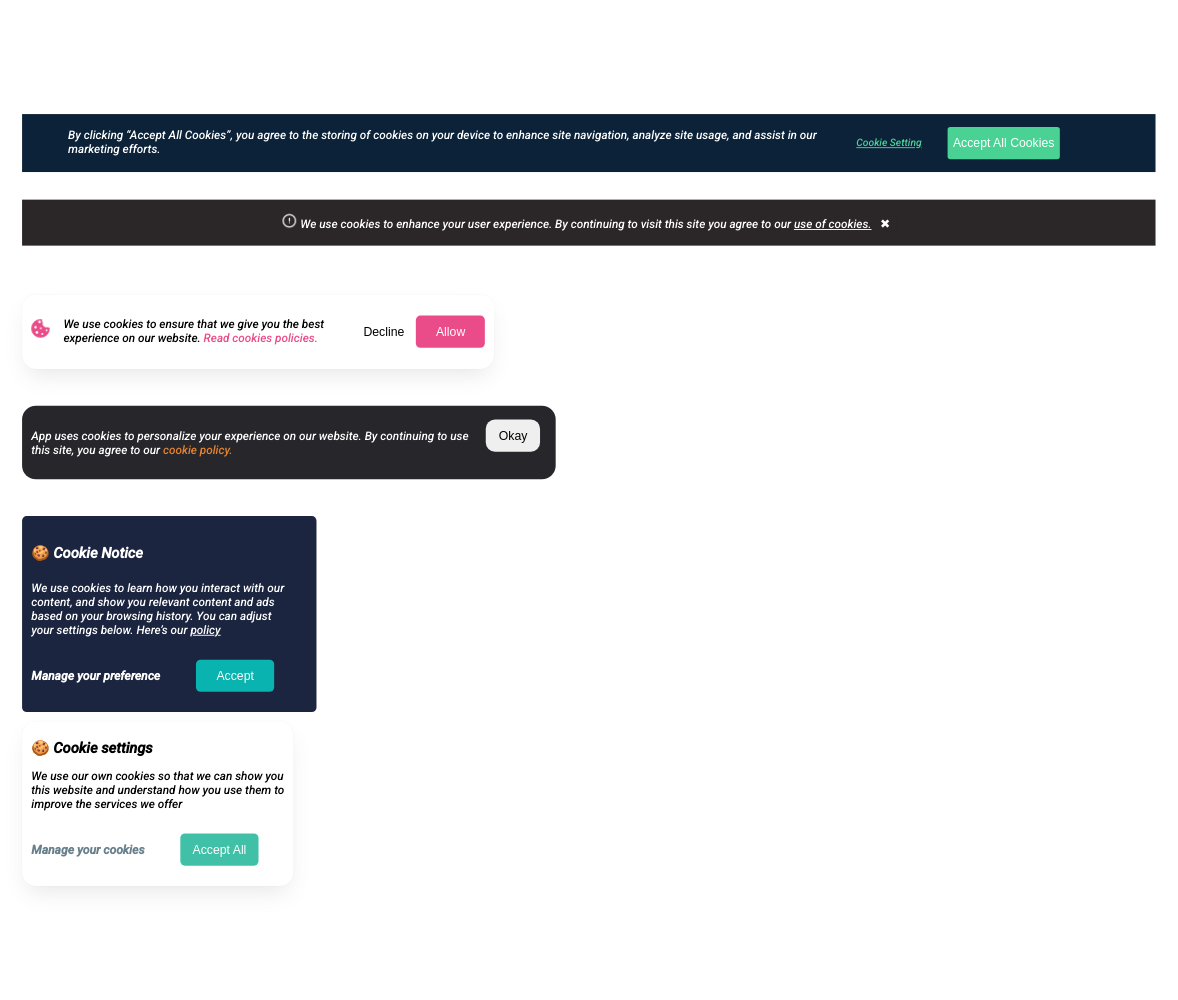
Repository: batonAnton/cursor_cookies_lectr3
Page: index.html
The author's editor kept a copy of each file at every save. The page is drawn from the files as they stood at one save, then again after the next save.
The browser window is 1280 px wide. The pictures show the whole page, at 92% of full size.

Above is the page before, as saved 2022-06-01 14:30:10.

### index.html
<!DOCTYPE html>
<html lang="en">
<head>
    <meta charset="UTF-8">
    <meta http-equiv="X-UA-Compatible" content="IE=edge">
    <meta name="viewport" content="width=device-width, initial-scale=1.0">
    <link rel="preconnect" href="https://fonts.googleapis.com">
    <link rel="preconnect" href="https://fonts.gstatic.com" crossorigin>
    <link href="https://fonts.googleapis.com/css2?family=Roboto:ital,wght@1,500&display=swap" rel="stylesheet">
    <link rel="stylesheet" href="/css/style.css">
    <title>Cookie Banner</title>
</head>
<body>
    <div class="container">
        <div class="banner_1">
            <p>By clicking “Accept All Cookies”, you agree to the storing of cookies on your device to enhance site navigation, analyze site usage, and assist in our <br> marketing efforts.</p>
            <a href="#">cookie setting</a>
            <button>accept all cookies</button>
        </div>

        <div class="banner_2">
            <p> <img src="/images/exclamation mark.png" alt="mark"> We use cookies to enhance your user experience. By continuing to visit this site you agree to our <span class="under_span">use of cookies.</span>
                <button><span>&#10006</span></button>
            </div></p>
        </div>

        <div class="banner_3">
            <img src="/images/pink_cookies.png" alt="img cookies">
            <p>We use cookies to ensure that we give you the best <br> experience on our website. <a href="#">Read cookies policies.</a> </p>
            <button class="false_btn">decline</button>
            <button class="true_btn">allow</button>
        </div>

        <div class="banner_4">
            <p>App uses cookies to personalize your experience on our website. By continuing to use <br> this site, you agree to our  <a href="#">cookie policy.</a></p>
            <button>okay</button>
        </div>

        <div class="banner_5">
            <h4>🍪 Cookie Notice</h4>
            <p>We use cookies to learn how you interact with our <br> content, and show you relevant content and ads <br> based on your browsing history. You can adjust <br> your settings below. Here’s our <a href="#">policy</a></p>
            <h5>Manage your preference </h5>
            <button>accept</button>
        </div>

        <div class="banner_6">
            <h4>🍪 Cookie settings</h4>
            <p>We use our own cookies so that we can show you <br> this website and understand how you use them to <br> improve the services we offer</p>
            <h5>Manage your cookies </h5>
            <button>accept all</button>
        </div>
    </div>
</body>
</html>

### css/style.css
body {
  margin: 124px 24px;
  font-family: "Roboto", sans-serif;
}
p {
  font-size: 0.8rem;
}

.banner_1 {
  width: 100%;
  display: inline-flex;
  background-color: #0b2239;
}

.banner_1 p {
  color: #ffffff;
  margin: 15px 15px 15px 50px;
}

.banner_1 a {
  color: #4ad295;
  margin: 25px 28px;
  font-size: 0.7rem;
  text-transform: capitalize;
}

.banner_1 button {
  color: #ffffff;
  background-color: #4ad295;
  margin: 14px 50px 0px 0px;
  height: 35px;
  text-transform: capitalize;
  border-radius: 3px;
  border: none;
  cursor: pointer;
}

.banner_2 {
  width: 100%;
  margin-top: 30px;
  background-color: #2b2627;
  display: inline-flex;
}

.banner_2 p {
  color: #ffffff;
  margin: 15px auto;
}

.banner_2 button {
  border: none;
  color: #ffffff;
  background-color: #2b2627;
}

.under_span {
  text-decoration: underline;
}

.banner_3 {
  display: inline-flex;
  margin-top: 40px;
  margin-bottom: 40px;
  border-radius: 15px;
  padding: 10px;
  background: #ffffff;
  box-shadow: 0px 12px 24px -6px rgba(96, 96, 96, 0.15),
    0px 0px 1px rgba(96, 96, 96, 0.1);
}

.banner_3 p {
  margin: 15px;
}

.banner_3 img {
  height: 20px;
  margin-top: 17px;
}

.banner_3 a {
  color: #ea4c89;
  text-decoration: none;
}

.false_btn {
  background-color: white;
  border: none;
  text-transform: capitalize;
  margin: 13px 0 13px 15px;
  height: 35px;
  width: 70px;
  cursor: pointer;
}

.true_btn {
  background-color: #ea4c89;
  border: none;
  border-radius: 5px;
  text-transform: capitalize;
  margin: 13px 0 13px 0px;
  height: 35px;
  width: 75px;
  color: #ffffff;
  cursor: pointer;
}

.banner_4 {
  background-color: #26262b;
  color: #ffffff;
  border-radius: 15px;
  padding: 10px;
  display: block;
  width: 560px;
  margin-bottom: 40px;
}

.banner_4 p {
  margin: 15px auto;
  display: inline-flex;
}

.banner_4 a {
  display: contents;
  color: #e6842e;
}

.banner_4 button {
  margin-left: 15px;
  border-radius: 10px;
  width: 59px;
  height: 35px;
  text-transform: capitalize;
  border: none;
}

.banner_5,
.banner_6 h4 {
  margin: 10px 0px;
}

.banner_5 {
  width: 300px;
  background-color: #1c2540;
  color: #ffffff;
  padding: 10px;
  border-radius: 5px;
}

.banner_5 a {
  color: #ffffff;
}

h5 {
  display: inline-flex;
}

.banner_5 button {
  background-color: #09b3af;
  border-radius: 5px;
  border: none;
  margin-left: 35px;
  text-transform: capitalize;
  height: 35px;
  width: 85px;
  color: #ffffff;
}

.banner_6 {
  border-radius: 15px;
  padding: 10px;
  background: #ffffff;
  box-shadow: 0px 12px 24px -6px rgba(96, 96, 96, 0.15),
    0px 0px 1px rgba(96, 96, 96, 0.1);
  display: inline-block;
}

.banner_6 button {
  background-color: #40c1a7;
  border-radius: 5px;
  border: none;
  margin-left: 35px;
  text-transform: capitalize;
  height: 35px;
  width: 85px;
  color: #ffffff;
}

.banner_6 h5 {
  color: #687f8c;
}

After the next save:
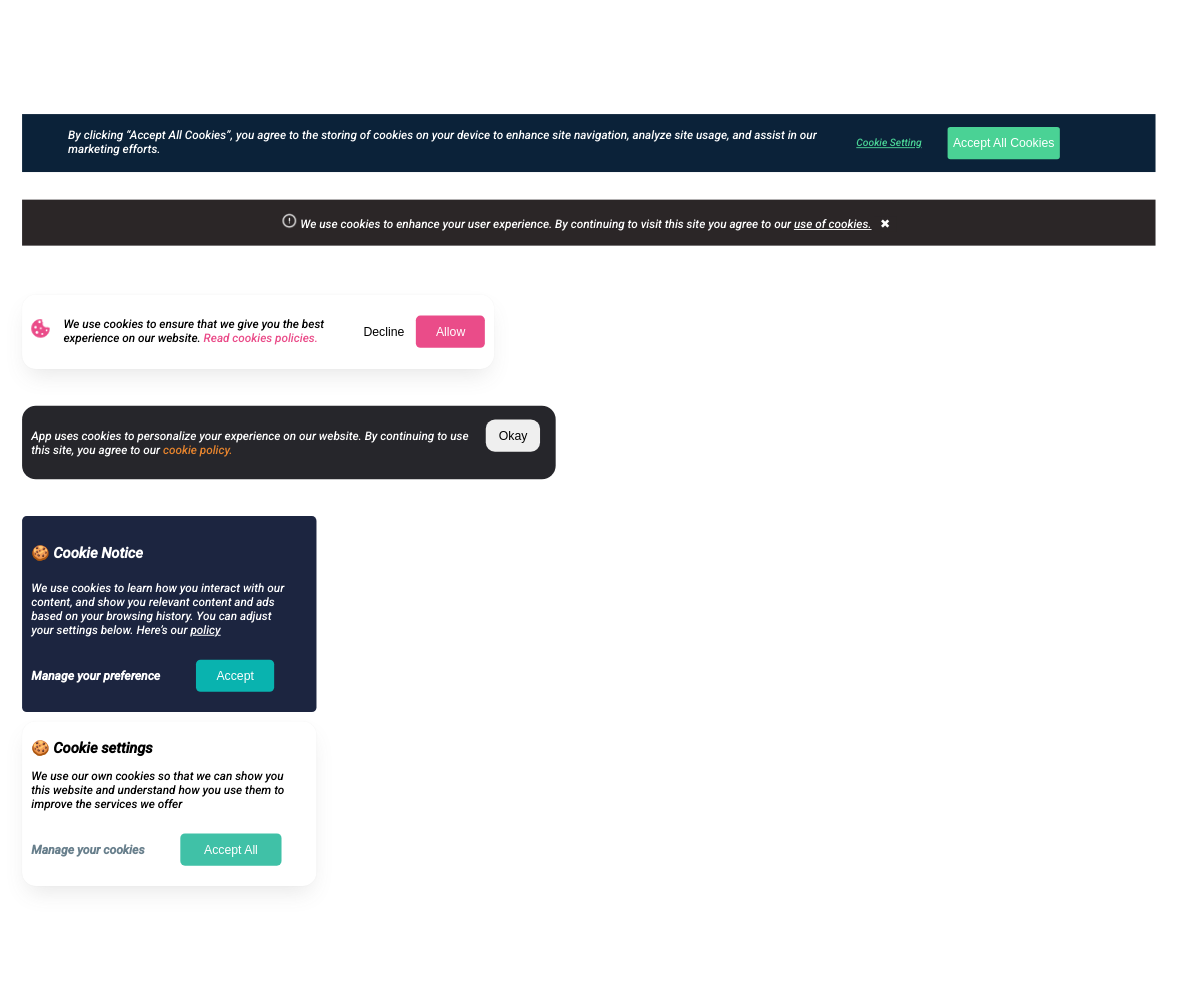
Saved 4 min 52 s later.
--- a/css/style.css
+++ b/css/style.css
@@ -172,6 +172,7 @@ h5 {
   box-shadow: 0px 12px 24px -6px rgba(96, 96, 96, 0.15),
     0px 0px 1px rgba(96, 96, 96, 0.1);
   display: inline-block;
+  width: 300px;
 }
 
 .banner_6 button {
@@ -181,7 +182,7 @@ h5 {
   margin-left: 35px;
   text-transform: capitalize;
   height: 35px;
-  width: 85px;
+  width: 110px;
   color: #ffffff;
 }
 
